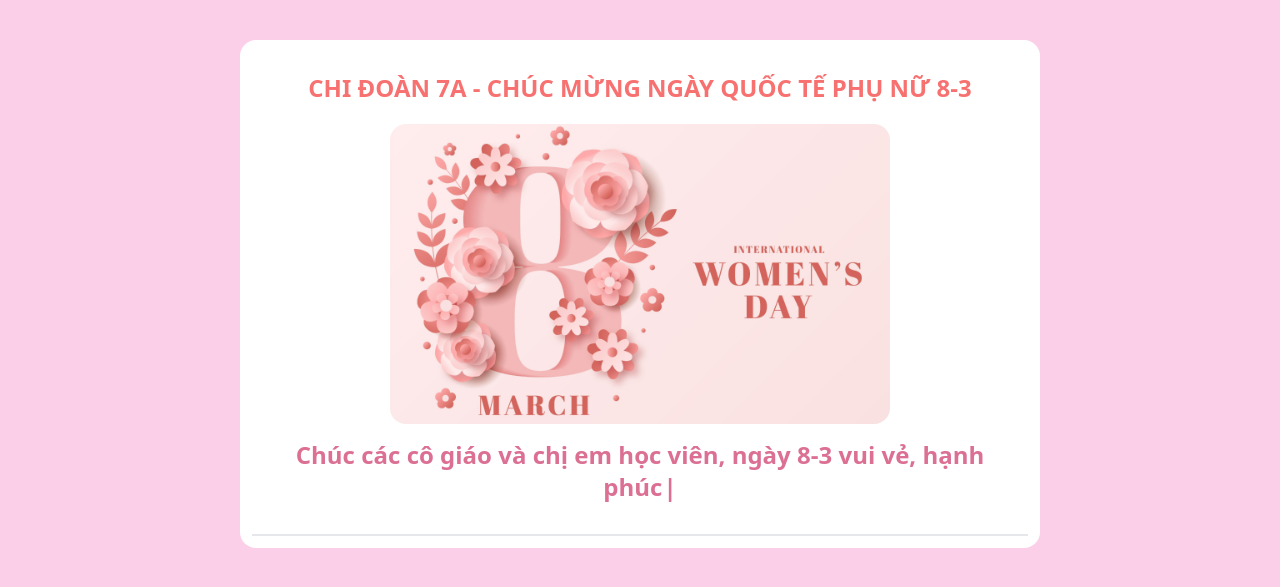
Repository: hoang0508/web-837A
Page: /
These files come from the project's save history. The page is drawn as it stood at one moment and after the next save; the edit follows.
The browser window is 1280 px wide. The pictures show the whole page.
Some web fonts or font styles are not loaded; a fallback is used. The project was rebuilt for these pictures with package versions that can differ from the ones it lists, and the page was loaded fresh each time. Also part of the build but not shown: vite.config.js.

Above is the page before, as saved 2025-02-28 19:11:18.

### index.html
<!DOCTYPE html>
<html lang="en">
  <head>
    <meta charset="UTF-8" />
    <link rel="icon" type="image/svg+xml" href="/vite.svg" />
    <meta name="viewport" content="width=device-width, initial-scale=1.0" />
    <link rel="preconnect" href="https://fonts.googleapis.com" />
    <link rel="preconnect" href="https://fonts.gstatic.com" crossorigin />
    <link
      href="https://fonts.googleapis.com/css2?family=Bai+Jamjuree:ital,wght@0,200;0,300;0,400;0,500;0,600;0,700;1,200;1,300;1,400;1,500;1,600;1,700&family=Montserrat:ital,wght@0,100..900;1,100..900&display=swap"
      rel="stylesheet"
    />
    <title>Vite + React</title>
  </head>
  <body>
    <div id="root"></div>
    <script type="module" src="/src/main.jsx"></script>
  </body>
</html>

### src/index.css
@import url("https://fonts.googleapis.com/css2?family=Bai+Jamjuree:ital,wght@0,200;0,300;0,400;0,500;0,600;0,700;1,200;1,300;1,400;1,500;1,600;1,700&family=Montserrat:ital,wght@0,100..900;1,100..900&display=swap");
@tailwind base;
@tailwind components;
@tailwind utilities;
*,
*:before,
*:after {
  box-sizing: border-box;
}

img,
picture,
svg,
video {
  display: block;
  max-width: 100%;
}
input,
select,
textarea {
  background-color: transparent;
  outline: none;
}
button {
  cursor: pointer;
  background-color: transparent;
  outline: none;
  border: 0;
}
body {
  min-height: 100vh;
  font-weight: 400;
  font-size: 16px;
  line-height: 1;
}

.Typewriter {
  margin: 15px;
  color: palevioletred;
  text-align: center;
  height: 80px;
}

### src/App.jsx
import { useState } from "react";
import reactLogo from "./assets/react.svg";
import anh83 from "./assets/anh832.png";
import Typewriter from "typewriter-effect";

import "./index.css";

function App() {
  const [count, setCount] = useState(0);

  return (
    <>
      <div className="text-2xl font-bold  bg-pink-200 min-h-screen p-10">
        <div className="bg-white shadow-3xl w-[800px] p-3 my-0 mx-auto rounded-2xl">
          <h1 className="text-center text-red-400 p-5 uppercase">
            Chi đoàn 7A - CHÚC MỪNG NGÀY QUỐC TẾ PHỤ NỮ 8-3
          </h1>
          <div className="mx-auto w-[500px] h-[300px]">
            <img
              src={anh83}
              alt="##"
              className="w-full h-full object-cover rounded-2xl"
            />
          </div>
          <div className="border-b-2 border-gray-200">
            <Typewriter
              options={{
                strings: [
                  `${"Chúc các cô giáo và chị em học viên, ngày 8-3 vui vẻ, hạnh phúc, luôn mạnh khỏe và thành công! 🌸💐❤️❤️❤️💰"}`,
                ],
                delay: 75,
                autoStart: true,
                loop: true,
              }}
            />
          </div>
        </div>
      </div>
    </>
  );
}

export default App;

### tailwind.config.js
/** @type {import('tailwindcss').Config} */
export default {
  content: ["./index.html", "./src/**/*.{js,ts,jsx,tsx}"],
  theme: {
    extend: {
      keyframes: {
        typing: {
          "0%": {
            width: "0%",
            visibility: "hidden",
          },
          "100%": {
            width: "100%",
          },
        },
        blink: {
          "50%": {
            borderColor: "transparent",
          },
          "100%": {
            borderColor: "white",
          },
        },
      },
      animation: {
        typing: "typing 5s steps(40) infinite alternate, blink .10s infinite",
      },
    },
  },
  plugins: [],
};

Loaded but not shown: src/main.jsx (common file)

After the next save:
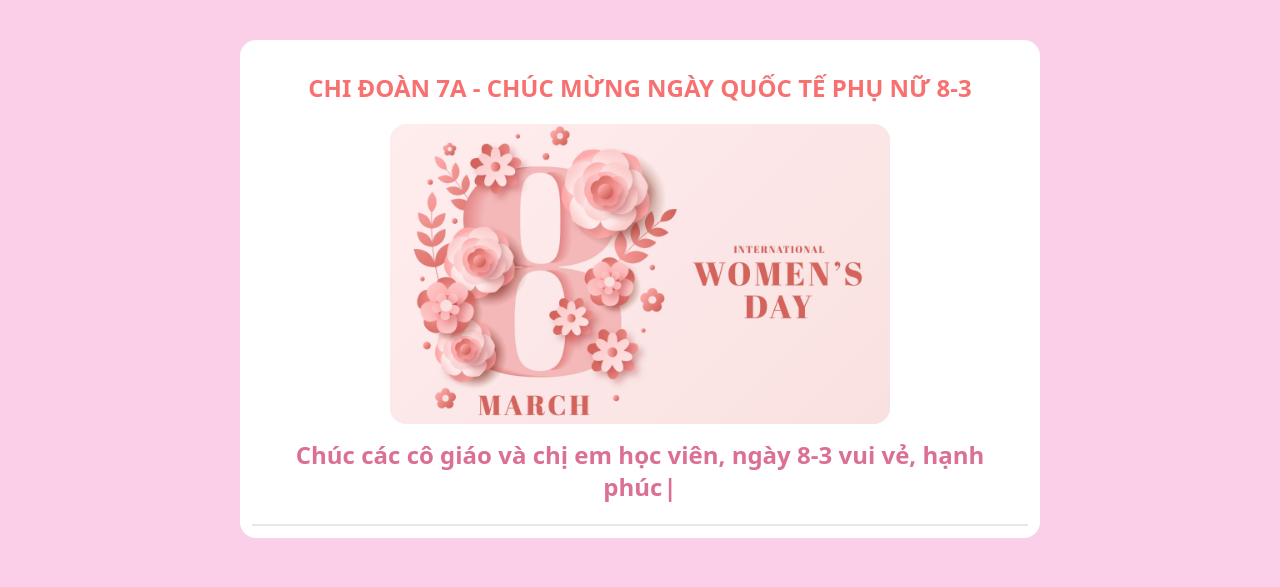
Saved 19 s later.
--- a/src/index.css
+++ b/src/index.css
@@ -38,5 +38,5 @@ body {
   margin: 15px;
   color: palevioletred;
   text-align: center;
-  height: 80px;
+  height: 70px;
 }
